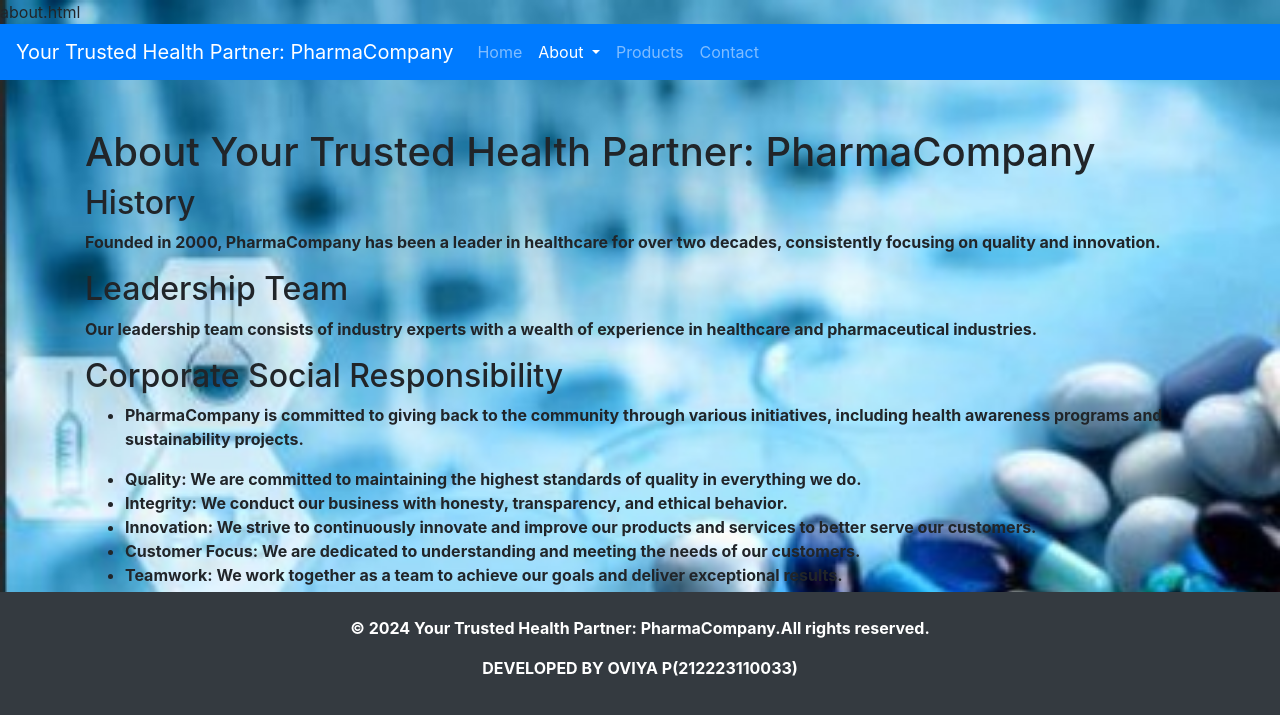
Repository: Oviya24032K6/Pharma
Page: oviya/pharmapp/static/about.html
The author's editor kept a copy of each file at every save. The page is drawn from the files as they stood at one save, then again after the next save.
The browser window is 1280 px wide. The pictures show the whole page.

Above is the page before, as saved 2024-05-07 08:34:32.

After the next save:
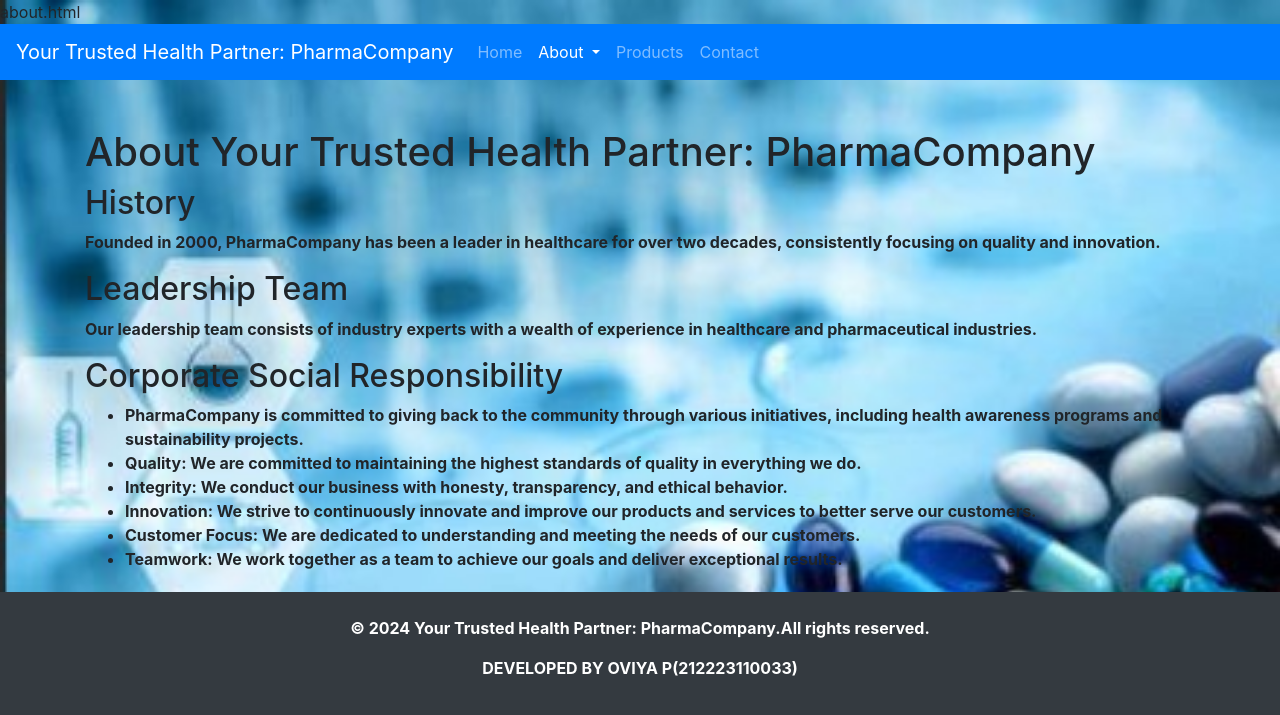
Saved 7 s later.
--- a/oviya/pharmapp/static/about.html
+++ b/oviya/pharmapp/static/about.html
@@ -79,7 +79,7 @@ about.html
         <div id="CSR">
           <h2>Corporate Social Responsibility</h2>
           <ul>
-            <li> PharmaCompany is committed to giving back to the community through various initiatives, including health awareness programs and sustainability projects.</p></li>
+            <li> PharmaCompany is committed to giving back to the community through various initiatives, including health awareness programs and sustainability projects.</li>
             <li>Quality: We are committed to maintaining the highest standards of quality in everything we do.</li>
             <li>Integrity: We conduct our business with honesty, transparency, and ethical behavior.</li>
             <li>Innovation: We strive to continuously innovate and improve our products and services to better serve our customers.</li>
